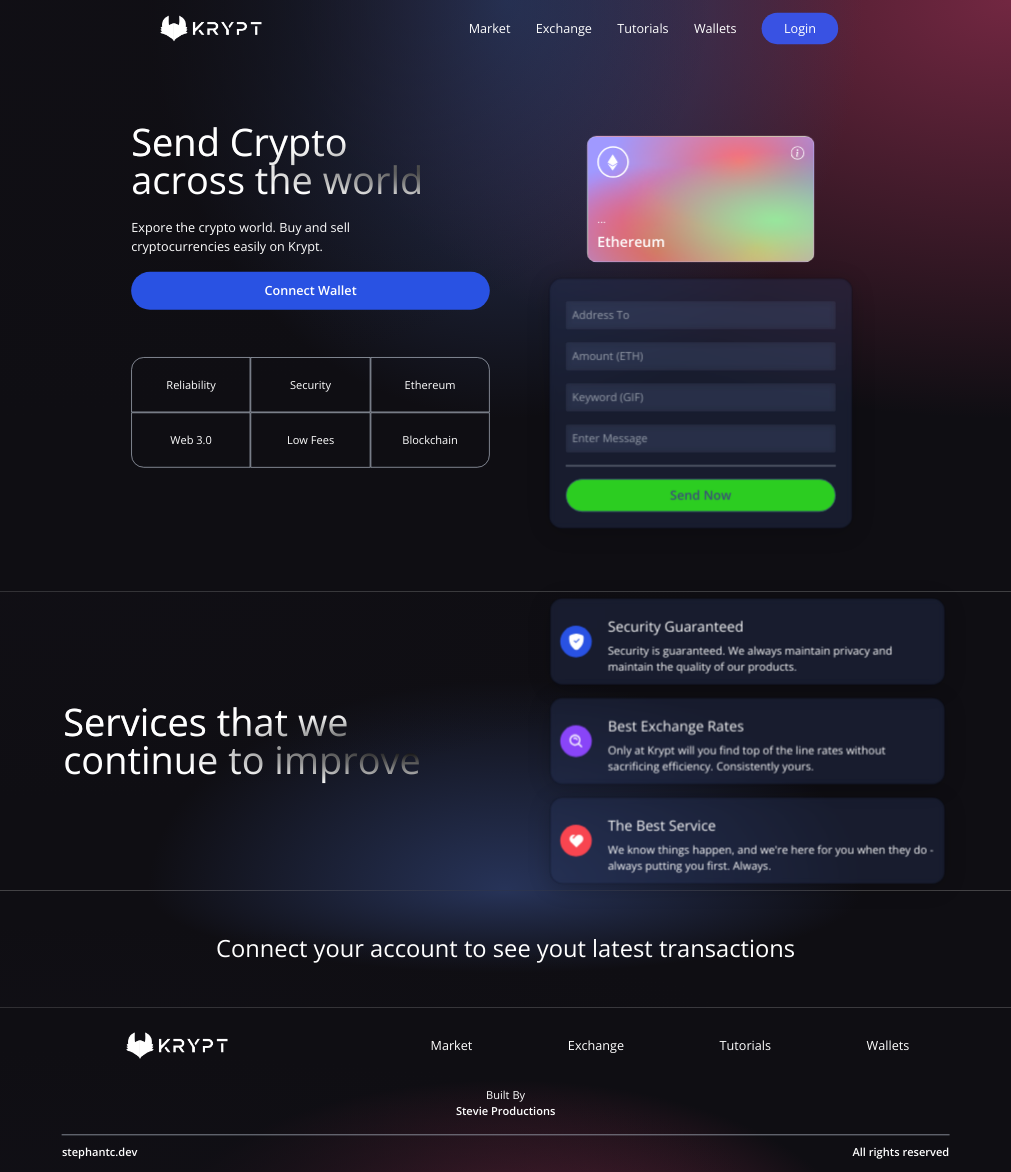
Repository: stephan-chiorean/krypt
Page: / (app in client/)
An editor plug-in stored every save of this project. The page is shown before and after the next save, followed by the edit.
The browser window is 1280 px wide. The pictures show the whole page, at 79% of full size.
The project was rebuilt for these pictures with package versions that can differ from the ones it lists, and the page was loaded fresh each time. Also part of the build but not shown: client/vite.config.js, client/src/components/Loader.jsx.

Above is the page before, as saved 2023-03-30 00:22:48.

### client/src/main.jsx
import React from 'react'
import ReactDOM from 'react-dom/client'
import App from './App'
import {TransactionProvider} from './context/TransactionContext';
import './index.css'

ReactDOM.createRoot(document.getElementById('root')).render(
  <TransactionProvider>
  <React.StrictMode>
    <App />
  </React.StrictMode>
  </TransactionProvider>,
)

### client/src/App.jsx
import {Navbar, Welcome, Footer, Services, Transactions} from './components';

const App = () => {

  return (
    <div className="min-h-screen">
      <div className="gradient-bg-welcome">
        <Navbar/>
        <Welcome/>
      </div>
      <Services/>
      <Transactions/>
      <Footer/>
    </div>
  )
}

export default App

### client/src/components/Navbar.jsx
import { HiMenuAlt4 } from 'react-icons/hi';
import { AiOutlineClose } from 'react-icons/ai';
import { useState } from 'react';
import { useContext } from 'react';
import logo from '../../images/logo.png';
import { TransactionContext } from '../context/TransactionContext';

const NavbarItem = ({ title, classProps }) => {
  return <li className={`mx-4 cursor-pointer ${classProps}`}>{title}</li>;
};
export default () => {
  const [toggleMenu, setToggleMenu] = useState(false);
  const {disconnectWallet, connectedAccount} = useContext(TransactionContext);
  return (
    <nav className='w-full flex md:justify-center justify-between items-center p-4'>
      <div className='md:flex-[0.5] flex-initial justify-center items-center'>
        <img src={logo} alt='logo' className='w-32 cursor-pointer' />
      </div>
      <ul className='text-white md:flex hidden list-none flex-row justify-between items-center flex-initial'>
        {['Market', 'Exchange', 'Tutorials', 'Wallets'].map((item, index) => (
          <NavbarItem key={item + index} title={item} />
        ))}
        <li onClick={disconnectWallet} className='bg-[#3952e3] py-2 px-7 mx-4 rounded-full cursor-pointer hover:bg-[#2546bd]'>
          {connectedAccount ? "Sign Out" : "Login"}
        </li>
      </ul>
      <div className='flex relative'>
        {toggleMenu ? (
          <AiOutlineClose
            fontSize={28}
            className='text-white md:hidden cursor-pointer'
            onClick={() => setToggleMenu(false)}
          />
        ) : (
          <HiMenuAlt4
            fontSize={28}
            className='text-white md:hidden cursor-pointer'
            onClick={() => setToggleMenu(true)}
          />
        )}
        {toggleMenu && (
          <ul className="z-10 fixed top-0 -right-2 p-3 w-[70vw] h-screen shadow-2xl md:hidden list-none flex flex-col justify-start items-end rounded-md blue-glassmorphism text-white animate-slide-in">
            <li className='text-xl w-full my-2'>
              <AiOutlineClose onClick={() => setToggleMenu(false)} className="cursor-pointer"/>
            </li>
            {['Market', 'Exchange', 'Tutorials', 'Wallets'].map(
              (item, index) => (
                <NavbarItem key={item + index} title={item} classProps="my-2 text-lg"/>
              )
            )}
          </ul>
        )}
      </div>
    </nav>
  );
};

### client/src/components/Footer.jsx
import React from 'react'
import logo from '../../images/logo.png';

export default() => {
  return (
    <div className="w-full flex md:justify-center justify-between items-center flex-col p-4 gradient-bg-footer">
      <div className="w-full flex sm:flex-row flex-col justify-between items-center my-4">
        <div className="flex flex-[0.5] justify-center items-center">
          <img src={logo} alt="logo" className="w-32"/>
        </div>
        <div className="flex flex-1 justify-evenly items-center flex-wrap sm:mt-0 mt-5 w-full">
          <p className="text-white text-base text-center mx-2 cursor-pointer">Market</p>
          <p className="text-white text-base text-center mx-2 cursor-pointer">Exchange</p>
          <p className="text-white text-base text-center mx-2 cursor-pointer">Tutorials</p>
          <p className="text-white text-base text-center mx-2 cursor-pointer">Wallets</p>

        </div>

      </div>
      <div className="flex justify-center items-center flex-col mt-5">
        <p className="text-white text-sm text-center">Built By</p>
        <p className="text-white text-sm text-center font-semibold">Stevie Productions</p>
      </div>
      <div className="sm:w-[90%] w-full h-[0.25px] bg-gray-400 mt-5"/>
      <div className="sm:w-[90%] w-full flex justify-between items-center mt-3">
      <p className="text-white text-sm text-center font-semibold">stephantc.dev</p>
      <p className="text-white text-sm text-center font-semibold">All rights reserved</p>

      </div>
    </div>
  )
}

### client/src/components/Welcome.jsx
import { AiFillPlayCircle } from 'react-icons/ai';
import { SiEthereum } from 'react-icons/si';
import { BsInfoCircle } from 'react-icons/bs';
import { TransactionContext } from '../context/TransactionContext';
import React, { useContext } from 'react';
import { Loader } from './';
import { Toaster } from 'react-hot-toast';
import { shortenAddress } from '../utils/shortenAddress';
const commonStyles =
  'min-h-[70px] sm:px-0 px-2 sm:min-w-[120px] flex justify-center items-center border-[0.5px] border-gray-400 text-sm font-light text-white';

const Input = ({ placeholder, name, type, value, handleChange }) => (
  <input
    placeholder={placeholder}
    type={type}
    step='0.0001'
    value={value}
    onChange={(e) => handleChange(e, name)}
    className='my-2 w-full rounded-sm p-2 outline-none text-white border-none text-sm white-glassmorphism'
  />
);
export default () => {
  const {
    connectWallet,
    connectedAccount,
    formData,
    setFormData,
    sendTransaction,
    handleChange,
    isLoading,
  } = useContext(TransactionContext);
  const clearData = {
    addressTo: '',
    amount: '',
    keyword: '',
    message: '',
  };
  const handleSubmit = async (e) => {
    const { addressTo, amount, keyword, message } = formData;
    e.preventDefault();

    if (!addressTo || !amount || !keyword || !message) return;
    await sendTransaction();
  };
  return (
    <div className='flex w-full justify-center items-center'>
      <Toaster />
      <div className='flex md:flex-row flex-col items-start justify-between md:p-20 py-12 px-4'>
        <div className='flex flex-1 justify-start flex-col md:mr-10'>
          <h1 className='text-3xl sm:text-5xl text-white text-gradient py-1'>
            Send Crypto <br /> across the world
          </h1>
          <p className='text-left mt-5 text-white font-light md:w-9/12 w-11/12 text-base'>
            Expore the crypto world. Buy and sell cryptocurrencies easily on
            Krypt.
          </p>
          {!connectedAccount && (
            <button
              type='button'
              onClick={connectWallet}
              className='flex flex-row justify-center items-center my-5 bg-[#2952e3] p-3 rounded-full cursor-pointer hover:bg-[#2546bd]'
            >
              <p className='text-white text-base font-semibold'>
                Connect Wallet
              </p>
            </button>
          )}

          <div className='grid sm:grid-cols-3 grid-cols-2 w-full mt-10'>
            <div className={`rounded-tl-2xl ${commonStyles}`}>Reliability</div>
            <div className={commonStyles}>Security</div>
            <div className={`sm:rounded-tr-2xl ${commonStyles}`}>Ethereum</div>
            <div className={`sm:rounded-bl-2xl ${commonStyles}`}>Web 3.0</div>
            <div className={commonStyles}>Low Fees</div>
            <div className={`rounded-br-2xl ${commonStyles}`}>Blockchain</div>
          </div>
        </div>

        <div className='flex flex-col flex-1 items-center justify-start w-full md:mt-0 mt-10'>
          <div className='p-3 justify-end items-start flex-col rounded-xl h-40 sm:w-72 w-full my-5 eth-card white-glassmorphism'>
            <div className='flex justify-between flex-col w-full h-full'>
              <div className='flex justify-between items-start'>
                <div className='w-10 h-10 rounded-full border-2 border-white flex justify-center items-center'>
                  <SiEthereum fontSize={21} color='#fff' />
                </div>
                <BsInfoCircle fontSize={17} color='#fff' />
              </div>
              <div>
                <p className='text-white font-light text-sm'>
                  {shortenAddress(connectedAccount)}
                </p>
                <p className='text-white font-semibold text-lg mt-1'>
                  Ethereum
                </p>
              </div>
            </div>
          </div>

          <div className='p-5 sm:w-96 w-full flex flex-col justify-start items-center blue-glassmorphism'>
            <Input
              placeholder='Address To'
              name='addressTo'
              type='text'
              value={clearData.addressTo}
              handleChange={handleChange}
            />
            <Input
              placeholder='Amount (ETH)'
              name='amount'
              type='number'
              value={clearData.amount}
              handleChange={handleChange}
            />
            <Input
              placeholder='Keyword (GIF)'
              name='keyword'
              type='text'
              value={clearData.keyword}
              handleChange={handleChange}
            />
            <Input
              placeholder='Enter Message'
              name='message'
              type='text'
              value={clearData.message}
              handleChange={handleChange}
            />
            <div className='h-[1px] w-full bg-gray-400 my-2' />
            {isLoading ? (
              <Loader />
            ) : (
              <button
                type='submit'
                onClick={handleSubmit}
                className='text-[#3d4f7c] font-semibold w-full mt-2 border-[1px] p-2 border-[#3d4f7c] bg-[#2CCD21] rounded-full cursor-pointer'
              >
                Send Now
              </button>
            )}
          </div>
        </div>
      </div>
    </div>
  );
};

### client/src/components/Transactions.jsx
import React from 'react';
import { useContext } from 'react';
import { TransactionContext } from '../context/TransactionContext';
import dummyData from '../utils/dummyData';
import { shortenAddress } from '../utils/shortenAddress';
import useFetch from '../hooks/useFetch';

const TransactionCard = ({
  addressTo,
  addressFrom,
  timestamp,
  message,
  keyword,
  amount,
  url,
}) => {
  const gifUrl = useFetch({ keyword });
  return (
    <div className='bg-[#181918] m-4 flex flex-1 2xl:min-w-[450px] 2xl:max-w-[500px] sm:min-w-[270px] sm:max-w-[300px] flex-col p-3 rounded-md hover:shadow-2xl'>
      <div className='flex flex-col items-center w-full mt-3'>
        <div className='justify-start w-full mb-6 p-2 md:h-[200px]'>
          <a
            href={`https://sepolia.etherscan.io/address/${addressFrom}`}
            target='_blank'
            rel='noopener noreferrer'
          >
            <p className='text-white text-base'>
              From : {shortenAddress(addressFrom)}
            </p>
          </a>
          <a
            href={`https://sepolia.etherscan.io/address/${addressTo}`}
            target='_blank'
            rel='noopener noreferrer'
          >
            <p className='text-white text-base'>
              To : {shortenAddress(addressTo)}
            </p>
          </a>
          <p className='text-white text-base'>Amount: {amount} ETH</p>
          {message && (
            <>
              <br />
              <p className='text-white text-base'>Message: {message}</p>
            </>
          )}
        </div>
        <img
          src={gifUrl || url}
          alt='gif'
          className='w-full h-64 2xl:h-96 rounded-md shadow-lg object-cover'
        />

        <div className='bg-black p-3 px-5 w-max rounded-3xl -mt-5 shadow-2xl'>
          <p className='text-[#37c7da] font-bold'>{timestamp}</p>
        </div>
      </div>
    </div>
  );
};
export default () => {
  const { connectedAccount, transactions } = useContext(TransactionContext);
  return (
    <div className='flex w-full justify-center items-center 2xl:px-20 gradient-bg-transactions'>
      <div className='flex flex-col md:p-12 py-12 px-4'>
        {connectedAccount ? (
          <h3 className='text-white text-3xl text-center my-2'>
            Your latest transactions
          </h3>
        ) : (
          <h3 className='text-white text-3xl text-center my-2'>
            Connect your account to see yout latest transactions
          </h3>
        )}
        {connectedAccount && <div className='flex flex-wrap justify-center items-center mt-10'>
          {transactions.reverse().map((transaction, index) => (
            <TransactionCard key={index} {...transaction} />
          ))}
        </div>}
        {/* Latest Transactions */}
        {/* Connect your account to see latest transactions */}
      </div>
    </div>
  );
};

### client/src/components/Services.jsx
import React from 'react';
import { BsShieldFillCheck } from 'react-icons/bs';
import { BiSearchAlt } from 'react-icons/bi';
import { RiHeart2Fill } from 'react-icons/ri';

const ServiceCard = ({color, title, icon, subtitle}) => (
  <div className='flex flex-row md:w-[500px] justify-start items-center p-3 m-2 cursor-pointer blue-glassmorphism'>
    <div className={`w-10 h-10 rounded-full flex justify-center items-center ${color}`}>
      {icon}
    </div>
    <div className="ml-5 flex flex-col flex-1">
      <h1 className="mt-2 text-white text-lg">{title}</h1>
      <p className="mt-2 text-white text-sm">{subtitle}</p>
    </div>
  </div>
);
export default () => {
  return (
    <div className='flex flex-col md:flex-row w-full justify-center items-center gradient-bg-services'>
      <div className='flex md:flex-row flex-col items-center justify-between md:p-20 py-12 px-4'>
        <div className='flex-1 flex flex-col justify-start items-start'>
          <h1 className='text-white text-3xl sm:text-5xl py-2 text-gradient'>
            Services that we
            <br />
            continue to improve
          </h1>
        </div>
      </div>
      <div className='flex-1 flex flex-col justify-start items-center'>
        <ServiceCard
          color='bg-[#2952e3]'
          title='Security Guaranteed'
          icon={<BsShieldFillCheck fontSize={21} className='text-white' />}
          subtitle="Security is guaranteed. We always maintain privacy and maintain the quality of our products."
        />
        <ServiceCard
          color='bg-[#8945f8]'
          title='Best Exchange Rates'
          icon={<BiSearchAlt fontSize={21} className='text-white' />}
          subtitle="Only at Krypt will you find top of the line rates without sacrificing efficiency. Consistently yours."
        />
        <ServiceCard
          color='bg-[#f84550]'
          title='The Best Service'
          icon={<RiHeart2Fill fontSize={21} className='text-white' />}
          subtitle="We know things happen, and we're here for you when they do - always putting you first. Always."
        />
      </div>
    </div>
  );
};

### client/src/hooks/useFetch.jsx
import { useState } from "react";
import { useEffect } from "react";

const API_KEY = import.meta.env.VITE_GIPHY_API;
const useFetch = ({keyword}) => {
    const [gifUrl, setGifUrl] = useState("")

    const fetchGifs = async() => {
        try {
            const response = await fetch(`https://api.giphy.com/v1/gifs/search?api_key=${API_KEY}&q=${keyword.split(" ").join("")}&limit=1`)

            const {data} = await response.json();

            setGifUrl(data[0]?.images?.downsized_medium?.url)
        } catch(err) {
            console.error(err);
        }
    }
    useEffect(() => {
        if(keyword) fetchGifs();
    }, [keyword])

    return gifUrl;
}

export default useFetch;

Loaded but not shown: client/index.html (common file); client/src/index.css (common file); client/tailwind.config.js (common file); client/src/utils/Transactions.json (140 lines, source omitted); client/src/utils/dummyData.js (56 lines, source omitted); client/src/components/index.js (6 lines, source omitted); client/src/utils/constants.js (4 lines, source omitted); client/src/utils/shortenAddress.js (1 lines, source omitted); client/src/context/TransactionContext.jsx (205 lines, source omitted)

After the next save:
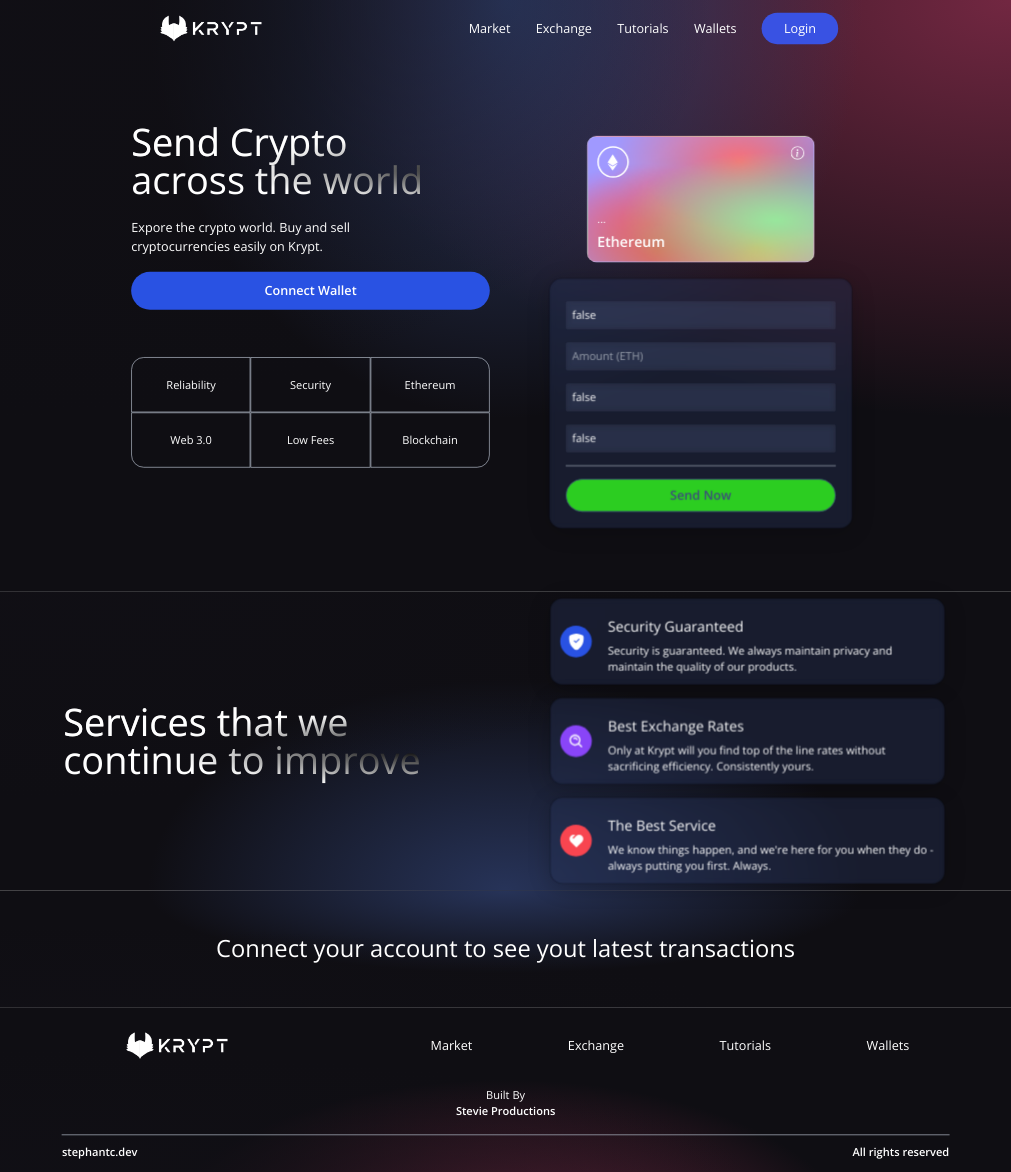
Saved 83 s later.
--- a/client/src/components/Welcome.jsx
+++ b/client/src/components/Welcome.jsx
@@ -101,28 +101,28 @@
               placeholder='Address To'
               name='addressTo'
               type='text'
-              value={clearData.addressTo}
+              value={isLoading && clearData.addressTo}
               handleChange={handleChange}
             />
             <Input
               placeholder='Amount (ETH)'
               name='amount'
               type='number'
-              value={clearData.amount}
+              value={isLoading && clearData.amount}
               handleChange={handleChange}
             />
             <Input
               placeholder='Keyword (GIF)'
               name='keyword'
               type='text'
-              value={clearData.keyword}
+              value={isLoading && clearData.keyword}
               handleChange={handleChange}
             />
             <Input
               placeholder='Enter Message'
               name='message'
               type='text'
-              value={clearData.message}
+              value={isLoading && clearData.message}
               handleChange={handleChange}
             />
             <div className='h-[1px] w-full bg-gray-400 my-2' />

After the save that followed:
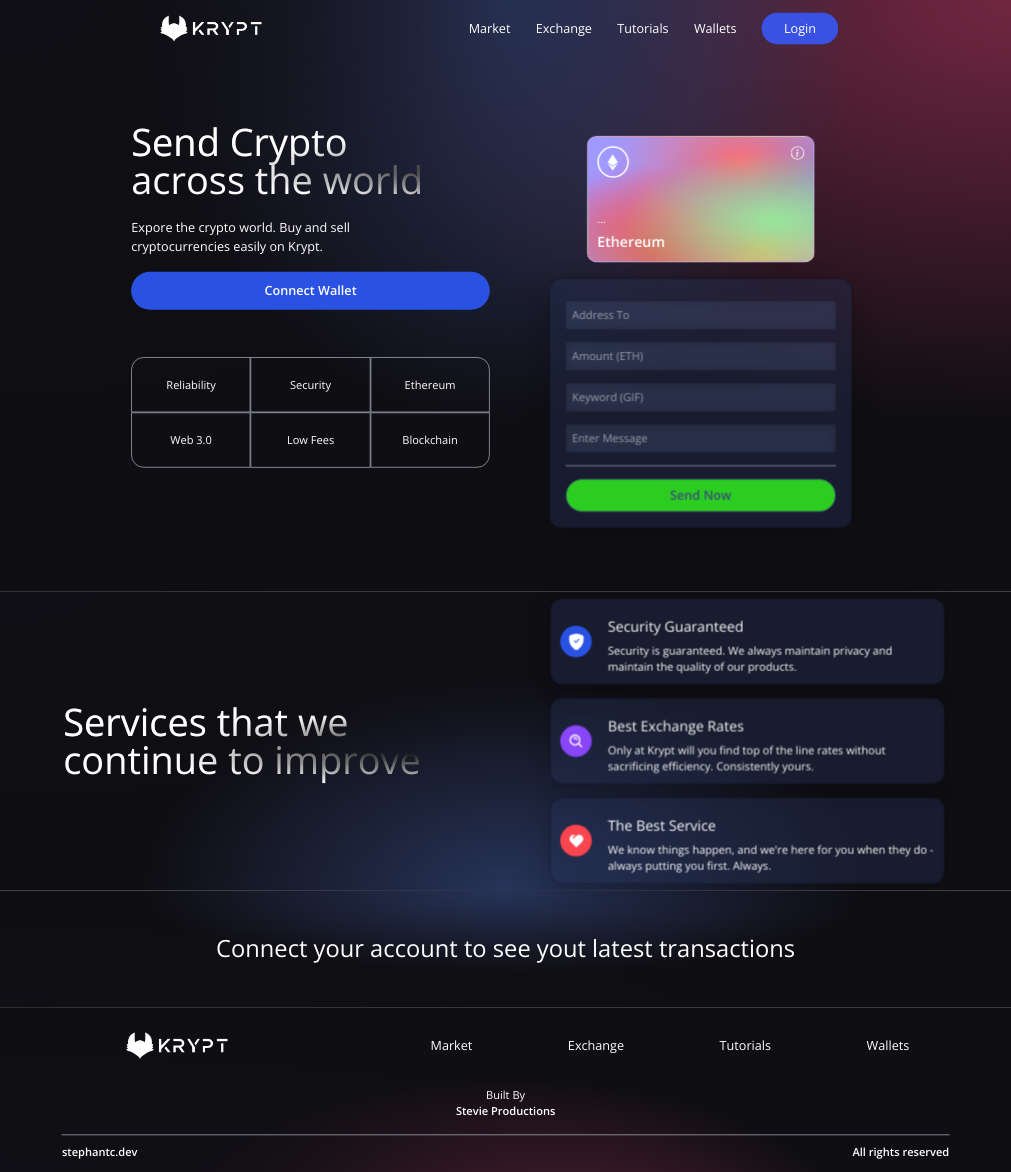
Saved 3 min 2 s later.
--- a/client/src/components/Welcome.jsx
+++ b/client/src/components/Welcome.jsx
@@ -101,28 +101,24 @@
               placeholder='Address To'
               name='addressTo'
               type='text'
-              value={isLoading && clearData.addressTo}
               handleChange={handleChange}
             />
             <Input
               placeholder='Amount (ETH)'
               name='amount'
               type='number'
-              value={isLoading && clearData.amount}
               handleChange={handleChange}
             />
             <Input
               placeholder='Keyword (GIF)'
               name='keyword'
               type='text'
-              value={isLoading && clearData.keyword}
               handleChange={handleChange}
             />
             <Input
               placeholder='Enter Message'
               name='message'
               type='text'
-              value={isLoading && clearData.message}
               handleChange={handleChange}
             />
             <div className='h-[1px] w-full bg-gray-400 my-2' />
